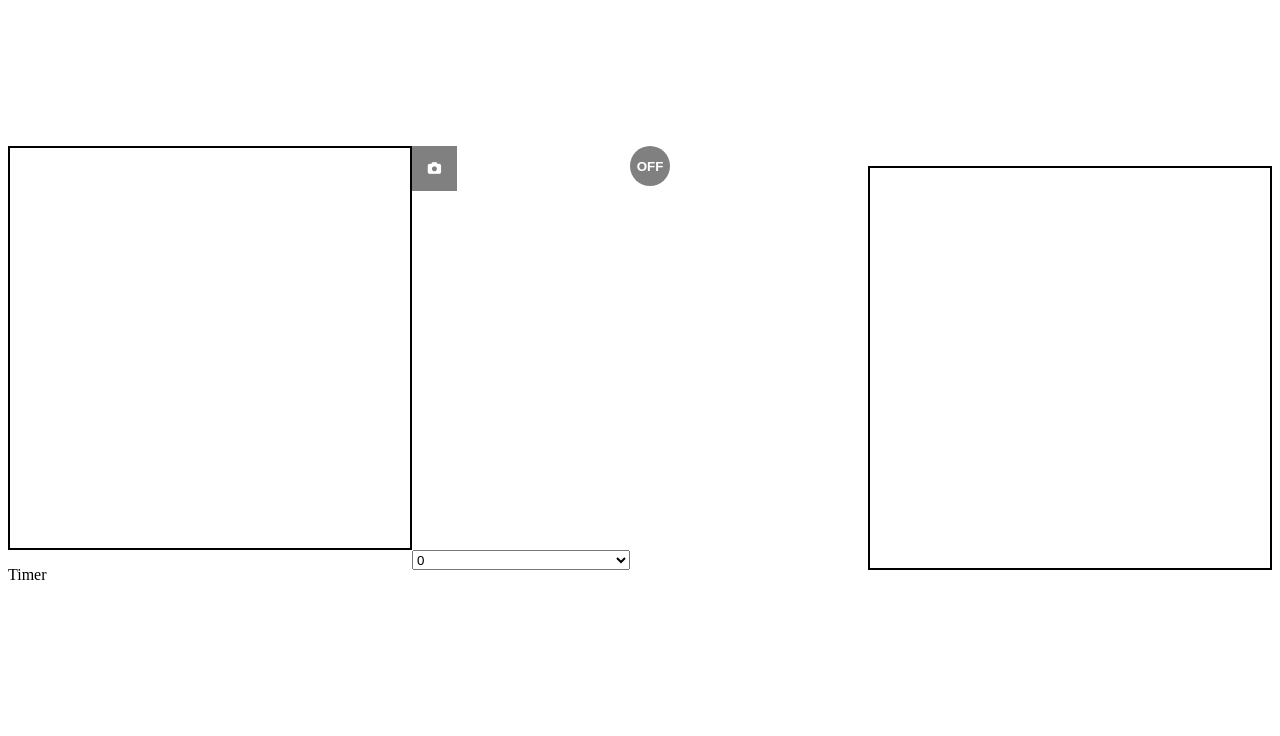
Repository: dmpelaez/photoBoothy
Page: Photobooth.html
The author's editor kept a copy of each file at every save. The page is drawn from the files as they stood at one save, then again after the next save.
The browser window is 1280 px wide. The pictures show the whole page.
Some web libraries are served in a nearby version.

Above is the page before, as saved 2025-12-16 23:13:22.

After the next save:
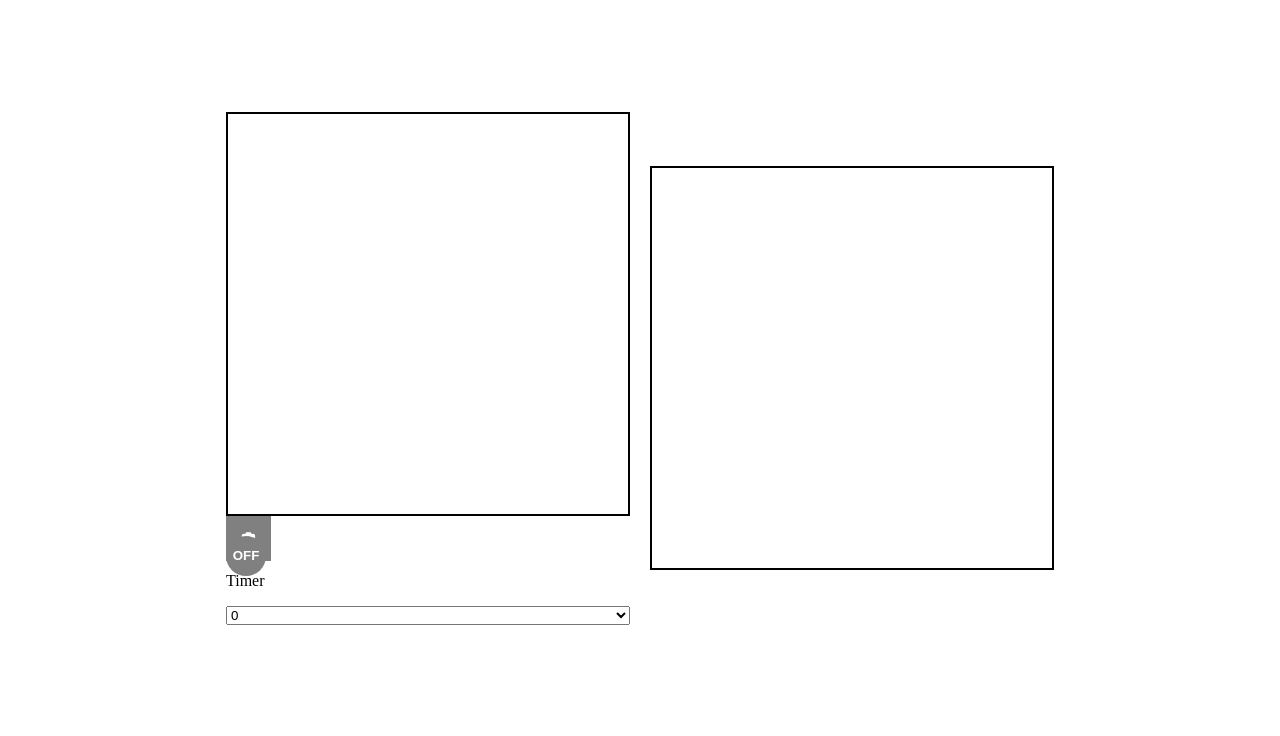
Saved 17 s later.
--- a/Photobooth.css
+++ b/Photobooth.css
@@ -9,7 +9,7 @@ body {
 
 .container {
   display: grid;
-  grid-template-columns: 1fr 1fr 1fr;
+  grid-template-columns: 1fr ;
    grid-template-rows: 1fr 20px 20px;
 }
 #video,
